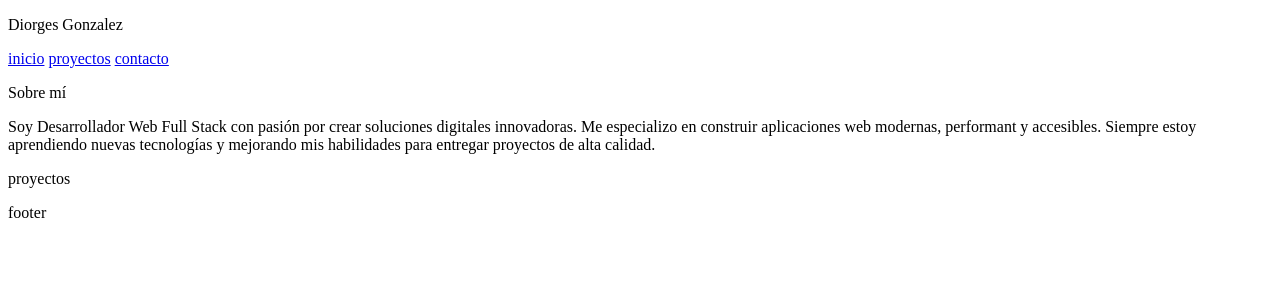
Repository: DenLion09/DenLion09.dots
Page: javascipt_withow_filter/basic/ejercisios/portfolio2/index.html
These files come from the project's save history. The page is drawn as it stood at one moment and after the next save; the edit follows.
The browser window is 1280 px wide. The pictures show the whole page.

Above is the page before, as saved 2026-05-17 22:45:22.

After the next save:
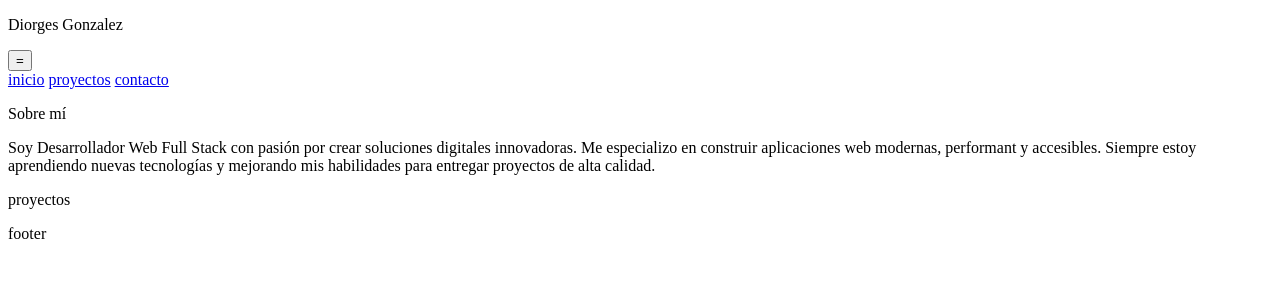
Saved 96 s later.
--- a/javascipt_withow_filter/basic/ejercisios/portfolio2/index.html
+++ b/javascipt_withow_filter/basic/ejercisios/portfolio2/index.html
@@ -8,6 +8,7 @@
   <body>
     <header>
       <p>Diorges Gonzalez</p>
+      <button class="menu-toggle">=</button>
       <nav>
         <a href="#inicio">inicio</a> <a href="$proyectos">proyectos</a>
         <a href="#contacto">contacto</a>

After the 2 saves that followed:
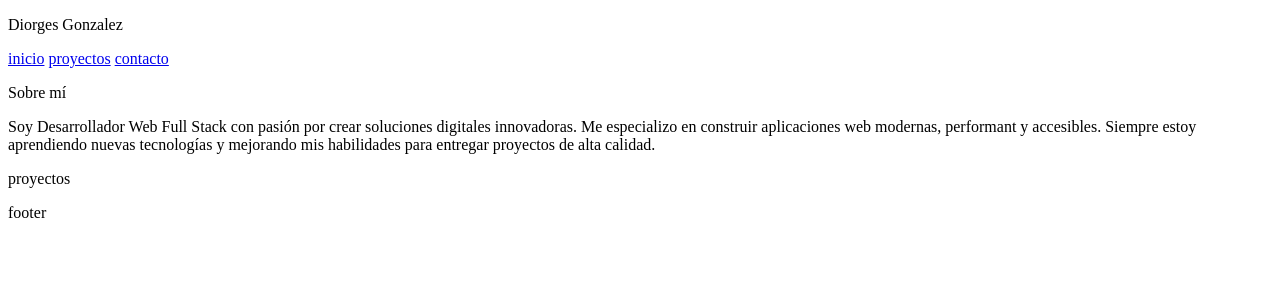
The 2 saves are shown as one change because 1 left the picture as it was.
The last was saved 2 min 14 s later.
--- a/javascipt_withow_filter/basic/ejercisios/portfolio2/index.html
+++ b/javascipt_withow_filter/basic/ejercisios/portfolio2/index.html
@@ -8,8 +8,7 @@
   <body>
     <header>
       <p>Diorges Gonzalez</p>
-      <button class="menu-toggle">=</button>
-      <nav>
+      <nav class="movile-nav">
         <a href="#inicio">inicio</a> <a href="$proyectos">proyectos</a>
         <a href="#contacto">contacto</a>
       </nav>
